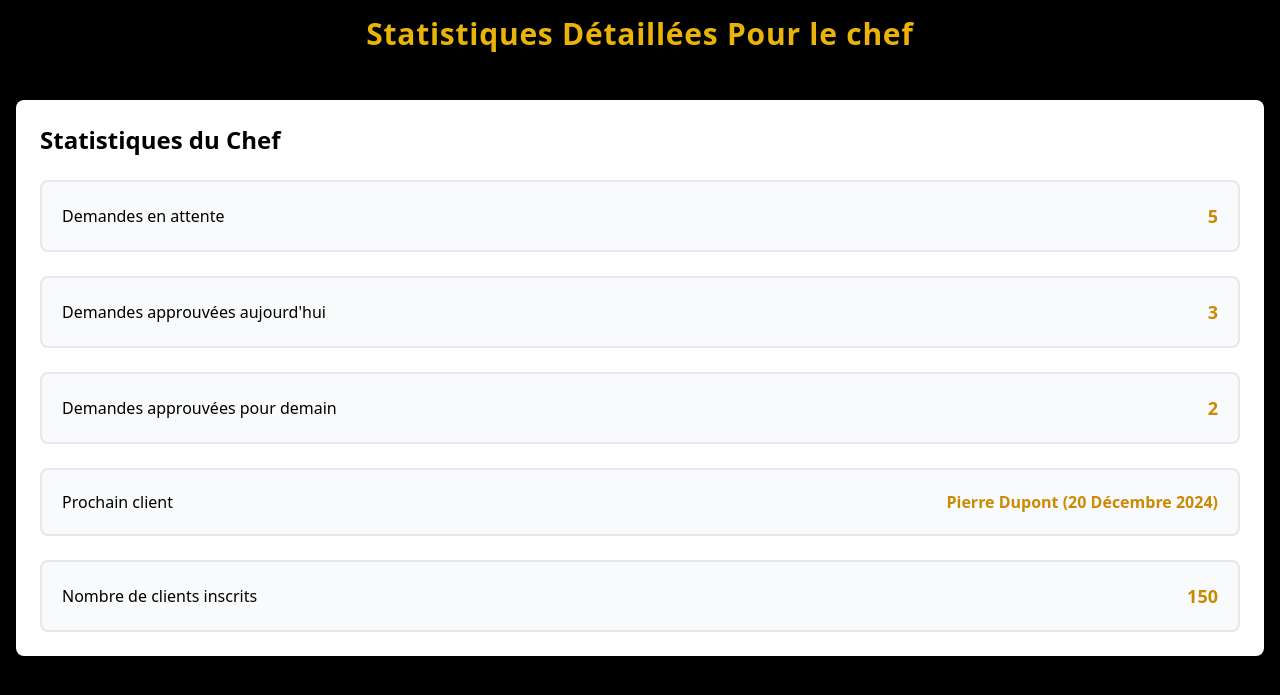
Repository: HamzaChehlaoui/Site-Web-pour-un-Chef-Cuisinier
Page: http://localhost/statistique.php
These files come from the project's save history. The page is drawn as it stood at one moment and after the next save; the edit follows.
The browser window is 1280 px wide. The pictures show the whole page.
Some web libraries are served in a nearby version. The page is run by PHP 8.4 with error messages shown; the project is at /var/www/html/.

Above is the page before, as saved 2024-12-18 12:59:00.

After the next save:
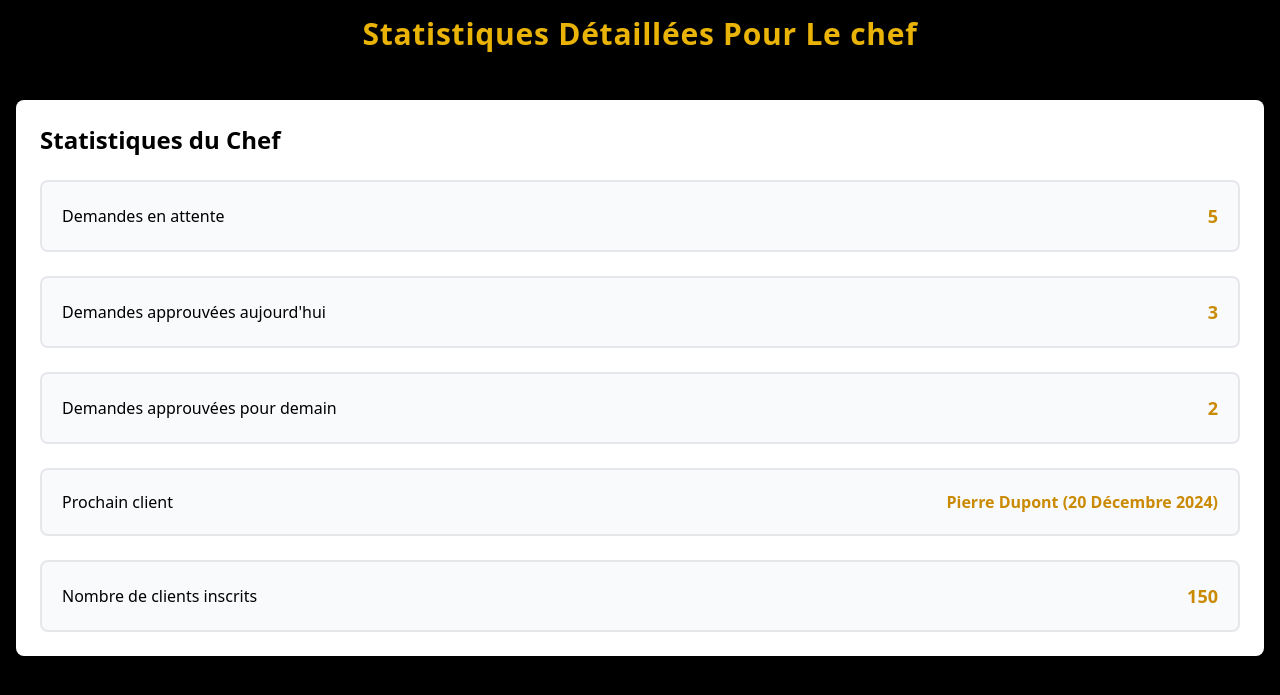
Saved 4 s later.
--- a/statistique.php
+++ b/statistique.php
@@ -31,7 +31,7 @@
 
     <!-- Header -->
     <header class=" text-black py-4 text-center shadow-md">
-        <h1 class="text-3xl font-extrabold tracking-wide text-yellow-500">Statistiques Détaillées Pour le chef</h1>
+        <h1 class="text-3xl font-extrabold tracking-wide text-yellow-500">Statistiques Détaillées Pour Le chef</h1>
     </header>
 
     <!-- Main Content -->
